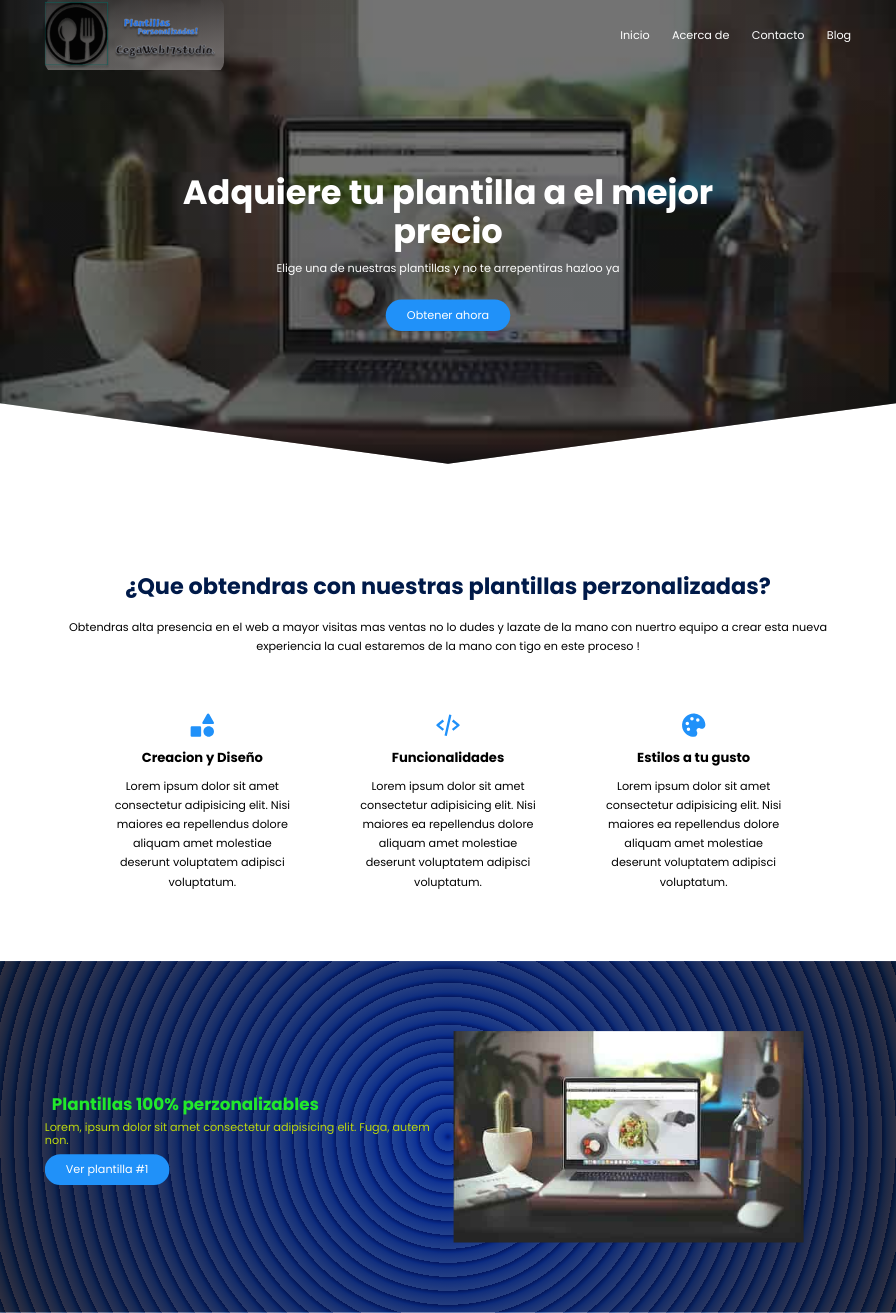
Repository: cega17/una-pagina-web
Page: index.html
The author's editor kept a copy of each file at every save. The page is drawn from the files as they stood at one save, then again after the next save.
The browser window is 1280 px wide. The pictures show the whole page, at 70% of full size.

Above is the page before, as saved 2023-10-30 09:58:37.

After the next save:
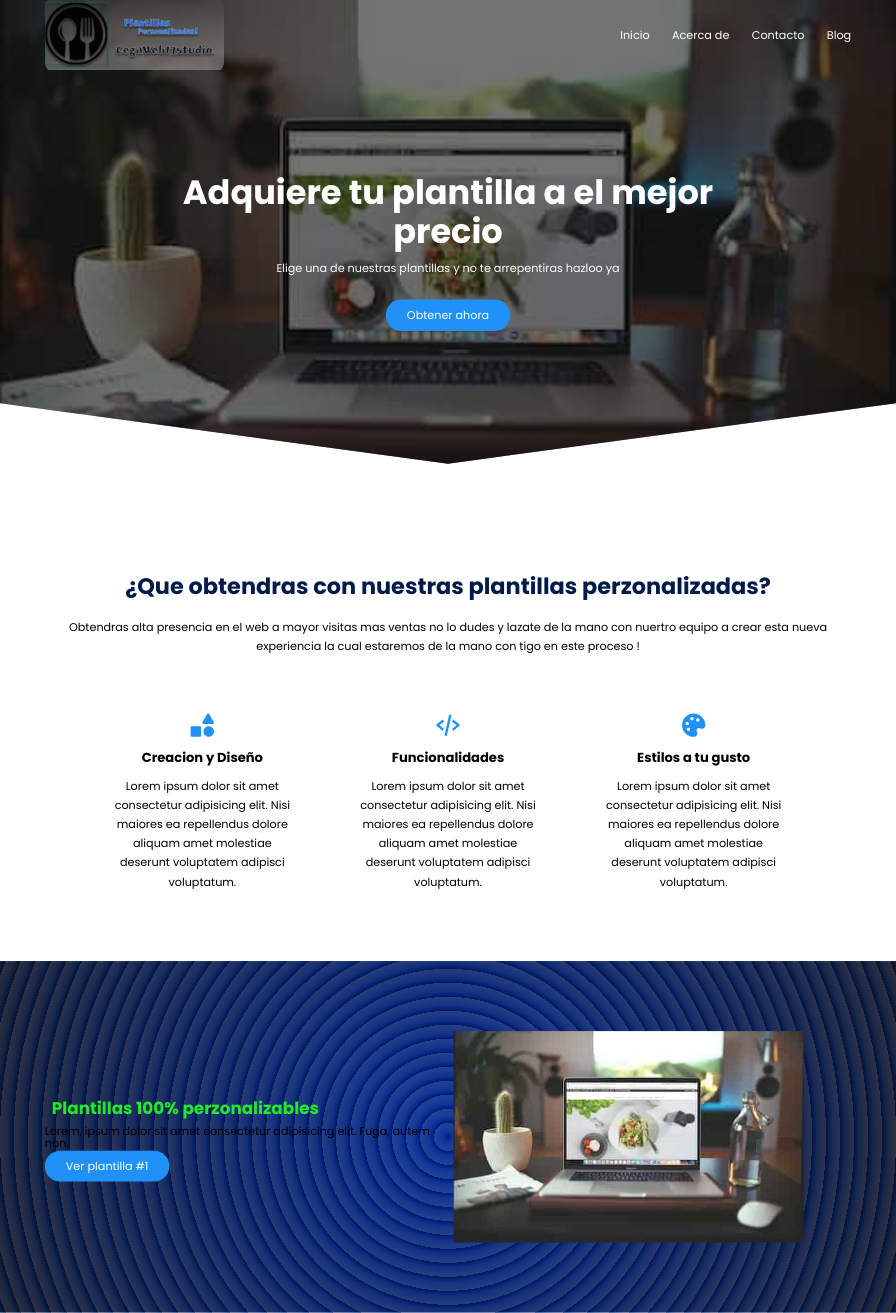
Saved 83 s later.
--- a/css/styles.css
+++ b/css/styles.css
@@ -185,7 +185,7 @@
     color: rgb(33, 233, 43);
     padding: 10px;
 }
-.knowledge__paragraph2{
+.knowledge__paragraph{
     color: rgb(189, 216, 14);
     padding-bottom: 10px;
 }

After the save that followed:
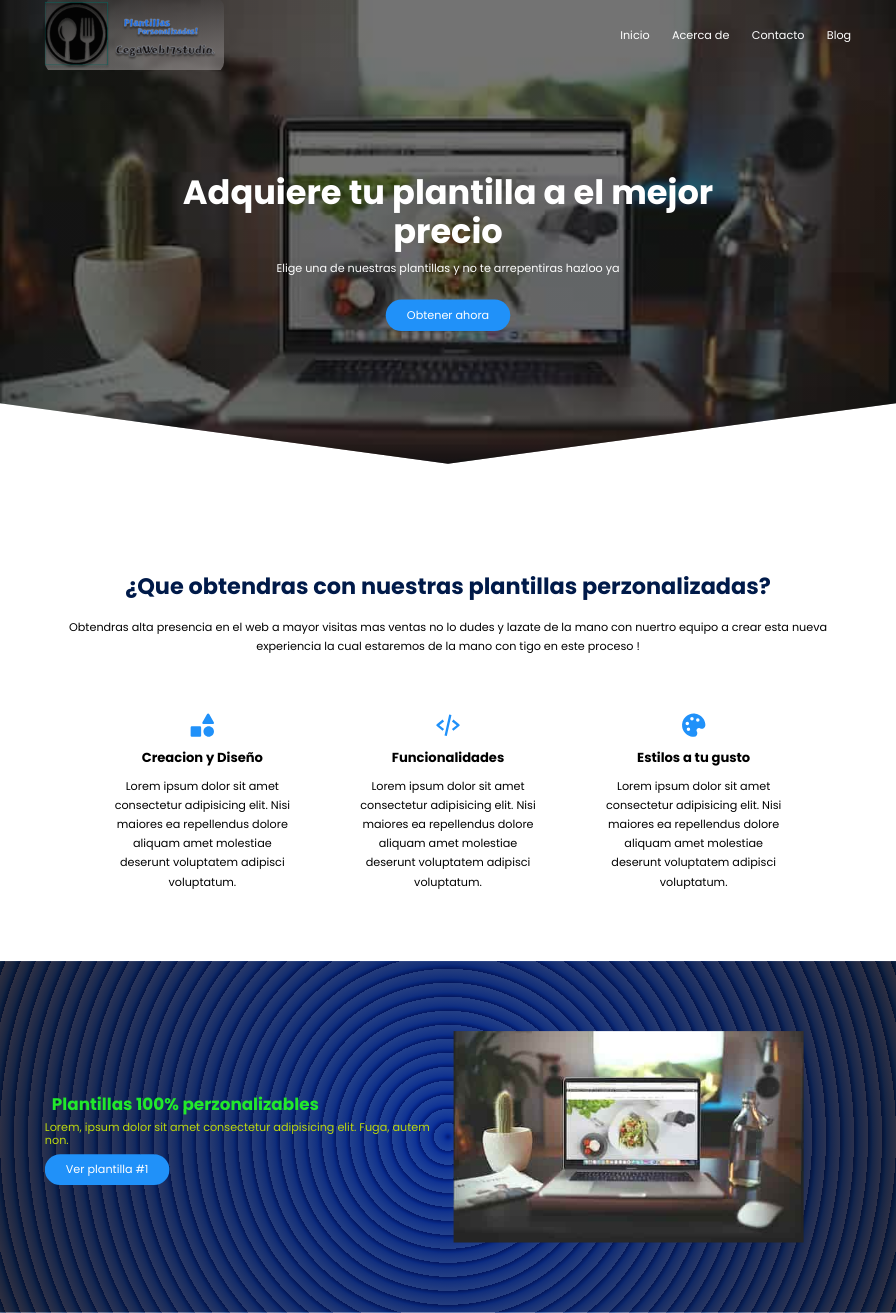
Saved 10 s later.
--- a/css/styles.css
+++ b/css/styles.css
@@ -185,7 +185,7 @@
     color: rgb(33, 233, 43);
     padding: 10px;
 }
-.knowledge__paragraph{
+.knowledge__paragraph2{
     color: rgb(189, 216, 14);
     padding-bottom: 10px;
 }
